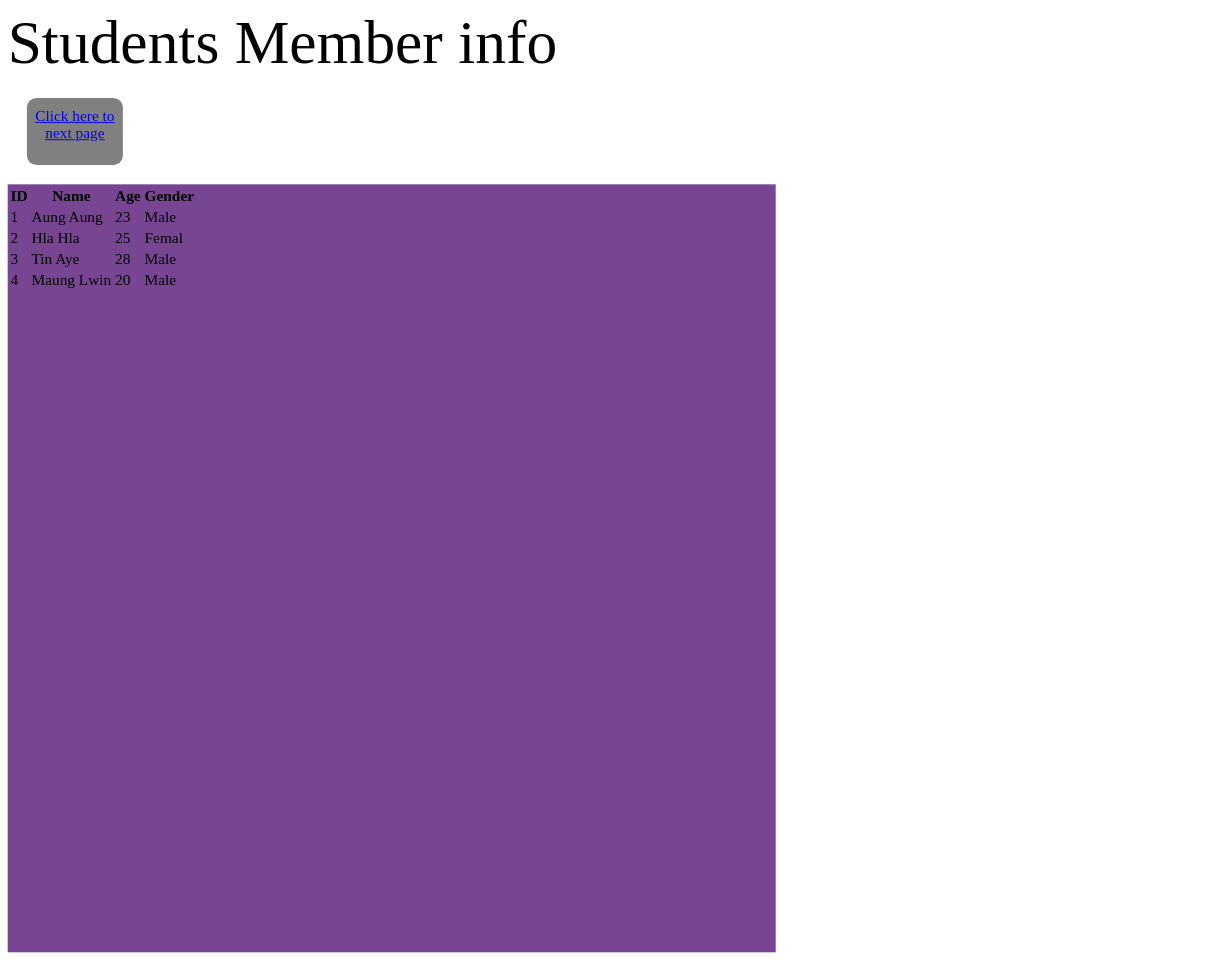
Repository: ThantLwinSoe/Servlet
Page: 01-Communication/src/main/webapp/index.html
An editor plug-in stored every save of this project. The page is shown before and after the next save, followed by the edit.
The browser window is 1280 px wide. The pictures show the whole page, at 96% of full size.

Above is the page before, as saved 2023-02-07 02:45:12.

After the next save:
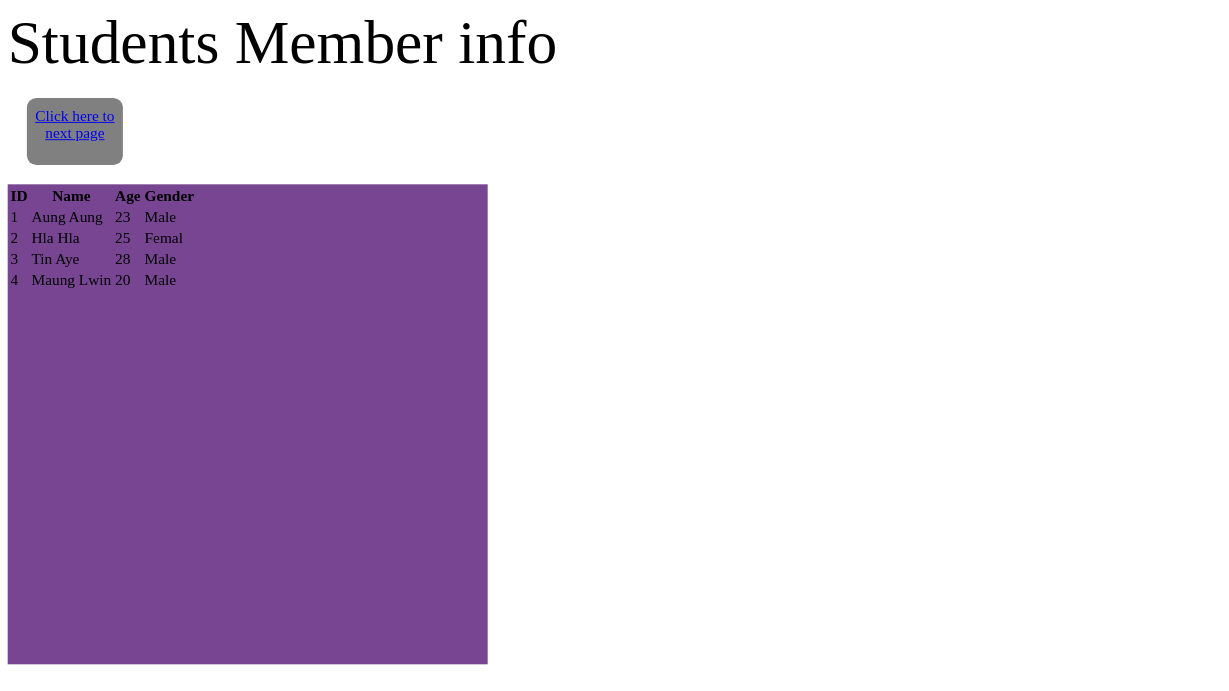
Saved 15 s later.
--- a/01-Communication/src/main/webapp/index.html
+++ b/01-Communication/src/main/webapp/index.html
@@ -18,8 +18,8 @@ h {
 }
 .st_info {
 	margin-top: 20px;
-	width: 800px;
-	height: 800px;
+	width: 500px;
+	height: 500px;
 	background: #774592;
 }
 </style>
